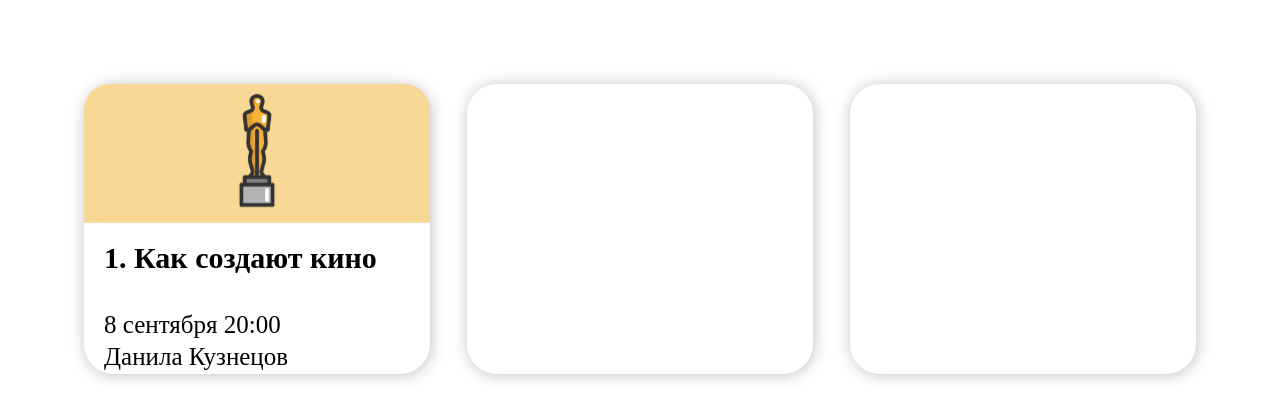
Repository: AytacSafarova/Grid-template
Page: index.html
An editor plug-in stored every save of this project. The page is shown before and after the next save, followed by the edit.
The browser window is 1280 px wide. The pictures show the whole page.

Above is the page before, as saved 2023-05-06 18:45:14.

After the next save:
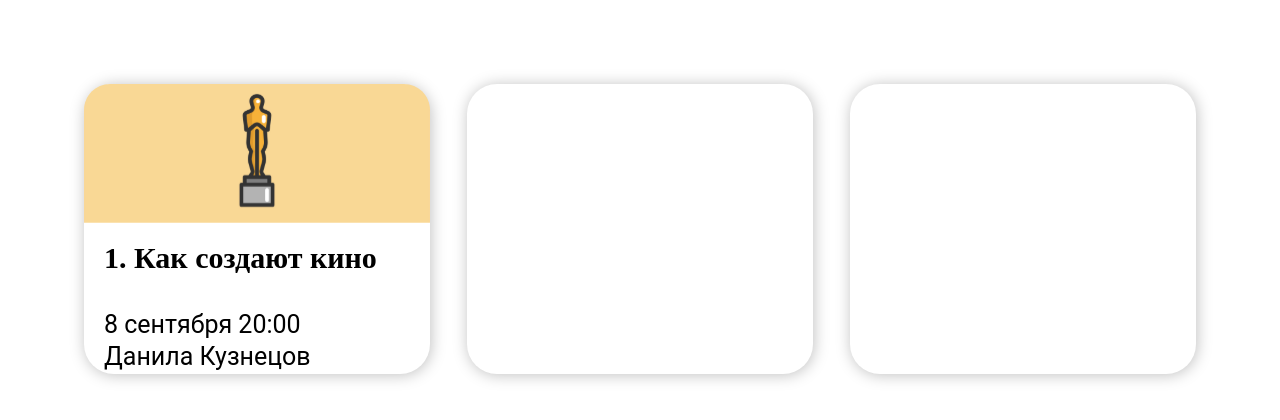
Saved 39 s later.
--- a/index.css
+++ b/index.css
@@ -40,7 +40,7 @@
     margin-top: 32px;
     margin-left: 20px;
     width: 212px;
-
+    font-family: 'Roboto';
     font-style: normal;
 font-weight: 400;
 font-size: 25px;
